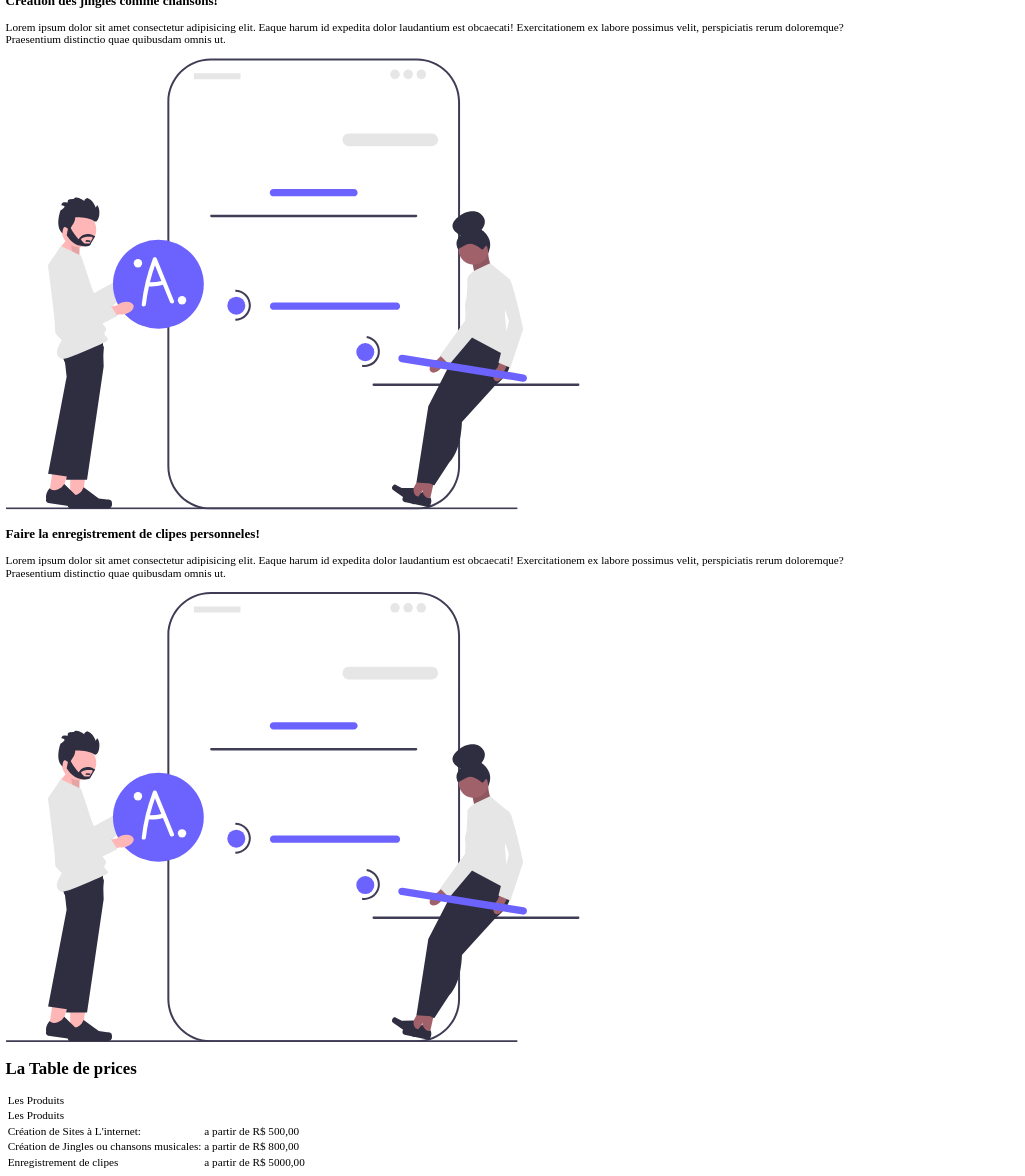
Repository: MarcioFreitasUFSC21/Proejct00
Page: ExampleSite/Assets/index2.html
The author's editor kept a copy of each file at every save. The page is drawn from the files as they stood at one save, then again after the next save.
The browser window is 1280 px wide. The page is 1464 px wide, so the pictures cover 1464 px, including what lies to the right of the window. The pictures show the part of the page from y = 1920 to 3600 px (the page is 3600 px tall before and 3556 px after), at 70% of full size.

Above is the page before, as saved 2023-03-18 18:00:22.

After the next save:
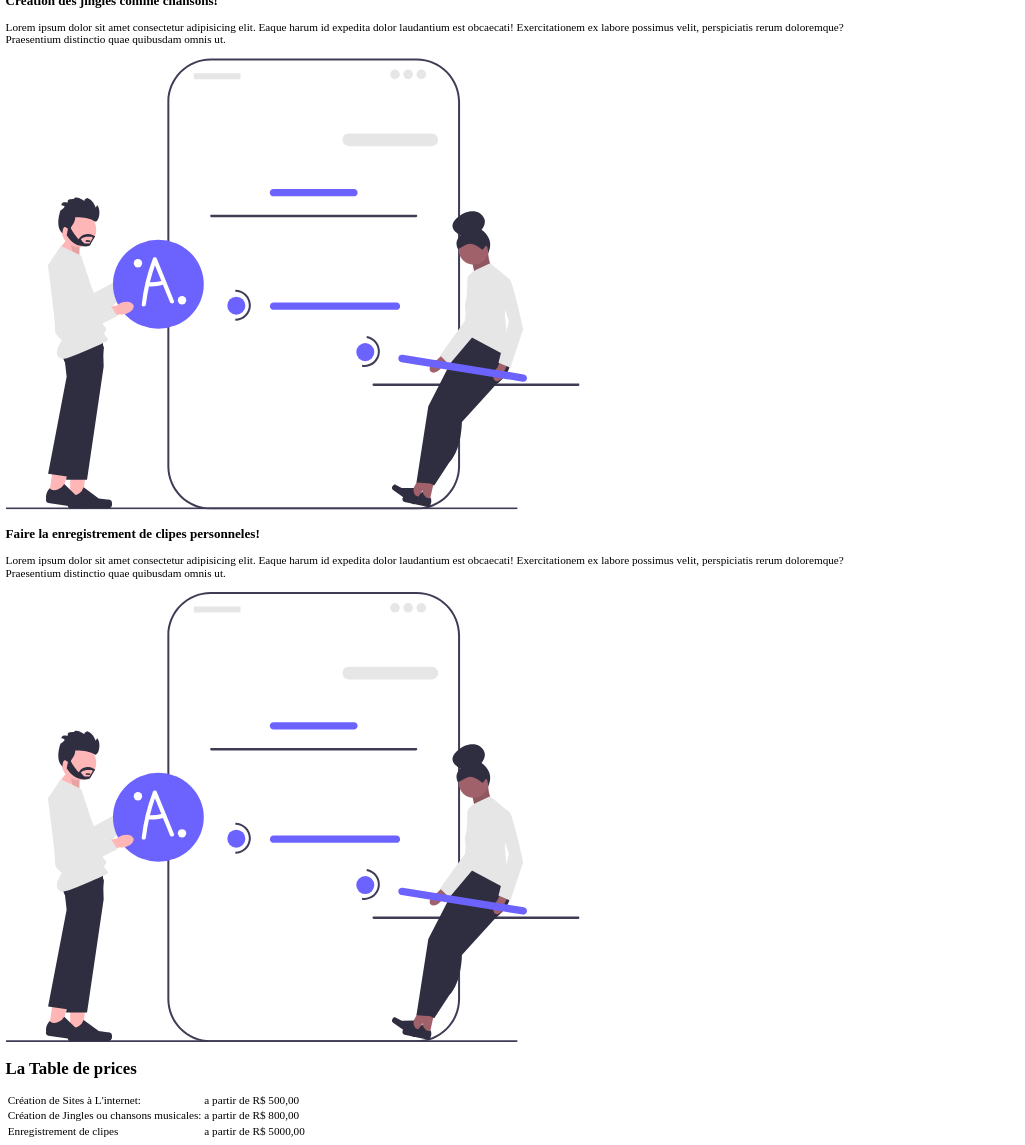
Saved 10 s later.
--- a/ExampleSite/Assets/index2.html
+++ b/ExampleSite/Assets/index2.html
@@ -64,12 +64,7 @@
             <h2> La Table de prices</h2>
             <table>
                 <thead>
-                    <tr>
-                        <td> Les Produits</td>
-                    </tr>
-                    <tr>
-                        <td> Les Produits</td>
-                    </tr>
+
                 </thead>
                 <tbody>
                     <tr>
